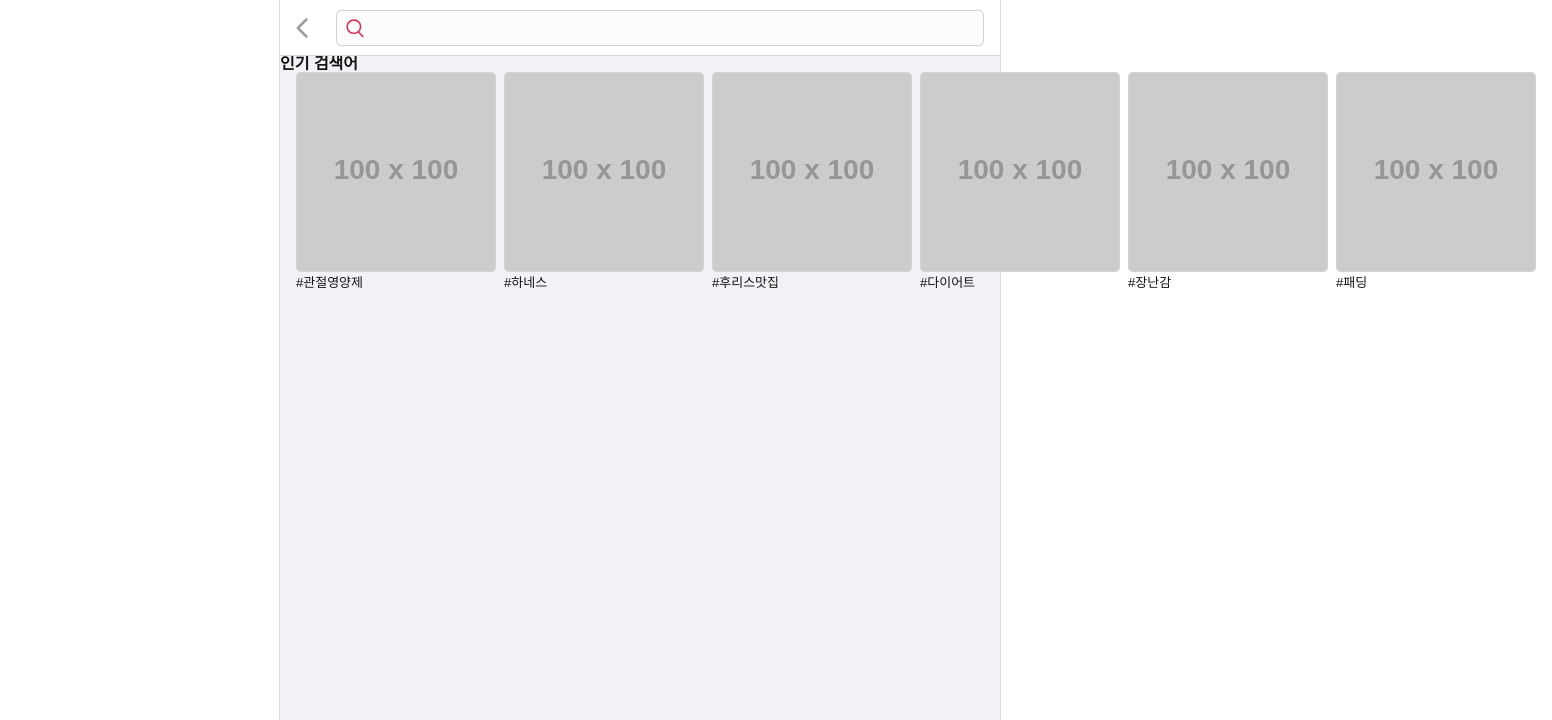
Repository: gosun1018/denguru
Page: search_review_item.html
An editor plug-in stored every save of this project. The page is shown before and after the next save, followed by the edit.
The browser window is 1280 px wide. The page is 1552 px wide, so the pictures cover 1552 px, including what lies to the right of the window. The pictures show the whole page.
Some web fonts or font styles are not loaded; a fallback is used. The style sheet was rebuilt from its Sass, Less or Tailwind sources for each picture, by a compiler version that may differ from the author's.

Above is the page before, as saved 2020-04-06 11:05:22.

### search_review_item.html
<!DOCTYPE html>
<html lang="ko">
<head>
    <meta charset="UTF-8">
    <meta name="viewport" content="width=device-width, initial-scale=1.0">
    <title>리뷰제품 선택</title>
    <link rel="stylesheet" href="https://unpkg.com/swiper/css/swiper.min.css">
    <link rel="stylesheet" href="css/main.css">
    <script src="https://unpkg.com/swiper/js/swiper.min.js"></script>
</head>
<body>
    <div class="wrap">
        <header class="header02">
            <h1 class="blind">리뷰제품 선택</h1>
            <a href="javascript:document.referrer? history.back() : location.href = 'home_review_write.html'" class="btn_goback"><img src="images/icon-goback.svg" alt="뒤로가기" class="icon"></a>
            <div class="h_search_box">
                <form action="">
                    <label for="inpSearch" class="lab_search"><img src="images/icon-search.svg" alt="검색" class="icon_search"></label>
                    <input type="search" name="inpSearch" class="inp_search" id="inpSearch">
                    <button type="button" class="btn_del btn_linkstyle blind" id="btnDel"><img src="images/icon-del.svg" alt="취소" class="icon"></button>
                </form>
            </div>
        </header>

        <div class="main">
            <div class="pd_header02"></div>
            <div class=" hash_list_container swiper-container">
                <h3 class="title02">인기 검색어</h3>
                <ul class="item_list04 swiper-wrapper">
                    <li class="item_box swiper-slide">
                        <a href="search_result.html">
                            <div class="item_thum"><img src="http://placehold.it/100x100" alt="#관절영양제" class="img"></div>
                            <div class="hash">#관절영양제</div>
                        </a>
                    </li>
                    <li class="item_box swiper-slide">
                        <a href="search_result.html">
                            <div class="item_thum"><img src="http://placehold.it/100x100" alt="#하네스" class="img"></div>
                            <div class="hash">#하네스</div>
                        </a>
                    </li>
                    <li class="item_box swiper-slide">
                        <a href="search_result.html">
                            <div class="item_thum"><img src="http://placehold.it/100x100" alt="#후리스맛집" class="img"></div>
                            <div class="hash">#후리스맛집</div>
                        </a>
                    </li>
                    <li class="item_box swiper-slide">
                        <a href="search_result.html">
                            <div class="item_thum"><img src="http://placehold.it/100x100" alt="#관절영양제" class="img"></div>
                            <div class="hash">#다이어트</div>
                        </a>
                    </li>
                    <li class="item_box swiper-slide">
                        <a href="search_result.html">
                            <div class="item_thum"><img src="http://placehold.it/100x100" alt="#하네스" class="img"></div>
                            <div class="hash">#장난감</div>
                        </a>
                    </li>
                    <li class="item_box swiper-slide">
                        <a href="search_result.html">
                            <div class="item_thum"><img src="http://placehold.it/100x100" alt="#후리스맛집" class="img"></div>
                            <div class="hash">#패딩</div>
                        </a>
                    </li>
                </ul>
            </div>
        </div>
    </div>

    <script>

         var swiper = new Swiper('.hash_list_container', {
            slidesPerView: 'auto',
            spaceBetween: 0,
        });

    </script>
</body>
</html>

### css/scss/main.scss
@charset "utf-8";

//utils
@import "utils/variables";
@import "utils/mixins";
@import "utils/animations";

// base
@import "base/reset";
@import "base/layout";
@import "base/typography";

//modules
@import "modules/swipercustom";
@import "modules/form";
@import "modules/button";
@import "modules/popup";
@import "modules/popover";
@import "modules/toast";
@import "modules/pagination";

//component
@import "component/header";
@import "component/navigation";
@import "component/itemlist";
@import "component/reviewlist";
@import "component/taglist";
@import "component/postlist";
@import "component/postcontent";

//pages
@import "pages/mainpg";
@import "pages/search";
@import "pages/resister-pet";
@import "pages/review";
@import "pages/home-item-info";
@import "pages/gostore";
@import "pages/store";
@import "pages/password-mail-complete";
@import "pages/my-main";
@import "pages/my-notification";
@import "pages/members";
@import "pages/withdrawal";
@import "pages/order-history";
@import "pages/mycomplain";
@import "pages/category-special";
@import "pages/pick";
@import "pages/personal-info";

### css/scss/utils/_mixins.scss
@mixin clearfix {
    &:after {
        content: '';
        display: block;
        clear: both;
    }
}

@mixin position-center($position) {
    position: $position;
    top: 50%;
    left: 50%;
    transform: translate(-50%, -50%);
}

@mixin one-line-ellipsis {
    white-space: nowrap;
    text-overflow: ellipsis;
    overflow: hidden;
}

@mixin multi-line-ellipsis ($line-height, $lines) {
    overflow: hidden;
    text-overflow: ellipsis;
    display: -webkit-box;
    -webkit-line-clamp: $lines;
    -webkit-box-orient: vertical;
    word-wrap: break-word;
    line-height: $line-height;
    height: $line-height * $lines * 1em;
}

@mixin circle ($box-size) {
    width: $box-size;
    height: $box-size;
    border-radius: $box-size / 2;
}

@mixin blind {
    position: absolute;
    overflow: hidden;
    clip: rect(0 0 0 0);
    margin: -1px;
    width: 1px;
    height: 1px;
}

@mixin layout-frame {
    width: 100%;
    max-width: 720px;
    min-width: 320px;
}

@mixin thumnail {
    position: relative;
    overflow: hidden;

    .img {
        position: absolute;
        top: 0;
        left: 0;
        width: 100%;
        height: 100%;
        object-fit: cover;
    }
}

@mixin thumnail-border($radius) {
    position: relative;

    &:after {
        content: '';
        position: absolute;
        top: 0;
        left: 0;
        width: 100%;
        height: 100%;
        box-sizing: border-box;
        border: 1px solid rgba($gray-2, 0.5);
        border-radius: $radius;
    }
}

@mixin btn-color-full($color) {
    background-color: $color;
    border: 1px solid $color;
}

### css/scss/utils/_animations.scss
@keyframes width-0-to-100 {
    from {
        width: 0;
    }

    to {
        width: 100%;
    }
}

### css/scss/base/_reset.scss
/* http://meyerweb.com/eric/tools/css/reset/
   v2.0 | 20110126
   License: none (public domain)
*/

html, body, div, span, applet, object, iframe, h1, h2, h3, h4, h5, h6, p, blockquote, pre, a, abbr, acronym, address, big, cite, code, del, dfn, em, img, ins, kbd, q, s, samp, small, strike, strong, sub, sup, tt, var, b, u, i, center, dl, dt, dd, ol, ul, li, fieldset, form, label, legend, table, caption, tbody, tfoot, thead, tr, th, td, article, aside, canvas, details, embed, figure, figcaption, footer, header, hgroup, menu, nav, output, ruby, section, summary, time, mark, audio, video {
    margin: 0;
    padding: 0;
    border: 0;
    font-size: 100%;
    font: inherit;
    vertical-align: baseline; }

  /* HTML5 display-role reset for older browsers */

  article, aside, details, figcaption, figure, footer, header, hgroup, menu, nav, section {
    display: block; }

  body {
    line-height: 1; }

  ol, ul {
    list-style: none; }

  blockquote, q {
    quotes: none; }

  blockquote {
    &:before, &:after {
      content: '';
      content: none; } }

  q {
    &:before, &:after {
      content: '';
      content: none; } }

  table {
    border-collapse: collapse;
    border-spacing: 0; }

  a {
    color: inherit;
    text-decoration: none;
  }
  :focus {
    outline-color: $main-color;
  }

### css/scss/modules/_swipercustom.scss
.swiper-pagination {

    .swiper-pagination-bullet {
        width: 8px;
        height: 8px;
    }
}
.swiper-container-horizontal>.swiper-pagination-bullets .swiper-pagination-bullet {
    margin: 0 $layout-small-padding;
}

.pagination_main {
    .swiper-pagination-bullet {
        background-color: #b8b3c3;
        opacity: 1;
    }
    .swiper-pagination-bullet-active {
        background-color: $main-color;
    }
}
.pagination_white {
    .swiper-pagination-bullet {
        background-color: #b8b3c3;
        opacity: 1;
    }
    .swiper-pagination-bullet-active {
        background-color: $gray-0;
    }
}
.swiper-pagination {font-size: 0;}

.items_wrap.swiper-container {
    padding: 0 $layout-base-padding 10px;
}

### css/scss/modules/_popover.scss
.popover_container {
    position: relative;
}
.popover {
    display: none;
    position: absolute;
    padding: 8px;
    border-radius: $base-border-radius;
    word-break: keep-all;
    font-size: $base-font-size;
    line-height: $base-line-height;
    box-shadow: 0 1px 4px rgba(0,0,0,0.15);

    &:before {
        content: '';
        position: absolute;
        display: block;
        width: 12px;
        height: 12px;
        // border: 5px solid transparent;
        background-repeat: no-repeat;
        background-size: contain;
        background-position: center bottom;
    }
    &.show {
        display: block;
    }
}
.popover_main {
    background-color: #ebe3ff;
    color: $base-font-color;
    border: 1px solid #cac2de;

    &.popover_right_top:before {
        background-image: url(/images/popover-triangle-main.png);
    }
}
.popover_right_top{
    top: calc(100% + 6px);
    right: -5px;

    &:before {
        top: -12px;
        right: 5px;
    }
}

### css/scss/modules/_toast.scss
.toast_box {
    position: fixed;
    bottom: $gnb-bottom-height;
    left: $layout-base-padding;
    right: $layout-base-padding;
    display: flex;
    justify-content: center;
    align-items: center;
    padding: $layout-small-padding;
    min-height: 48px;
    box-sizing: border-box;
    background-color: rgba(0,0,0,0.85);
    color: #fff;
    font-size: $base-font-size;
    line-height: $base-line-height;
    text-align: center;
    word-break: keep-all;
    border-radius: $large-border-radius;
    overflow: hidden;
    visibility: hidden;
    opacity: 0;
    transition: opacity .5s, visibility .5s, transform .5s;
    z-index: 900;

    &.show {
        opacity: 1;
        visibility: visible;
        transform: translate(0, $layout-small-padding*-1);
    }
}

### css/scss/modules/_pagination.scss
.pagination01 {
    display: flex;
    justify-content: center;

    .page {
        height: 24px;
        min-width: 24px;
        padding: 0 3px;
        box-sizing: border-box;
        border-radius: 12px;
        margin: 0 4px;
        text-align: center;
        font-size: $base-font-size;
        line-height: 24px;
        color: $light-font-color;

        &.active {
            background-color: $main-color;
            color: $gray-0;
            font-weight: 900;
        }
        &.disabled {
            opacity: .5;
        }
    }
    .page_link {
        display: block;
        width: 100%;
        height: 100%;

        .icon {
            padding-top: 3px;
            // height: 100%;
            object-fit: contain;
        }
    }
}

### css/scss/component/_taglist.scss
.tag_list01 {

    .tag_item {
        width: fit-content;
        float: left;

        .btn {
            margin: 0 4px;
        }
        &:first-child .btn {
            margin-left: $layout-base-padding;
        }
        &:last-child .btn {
            margin-right: $layout-base-padding;
        }

        &.active .btn {
            font-weight: bold;
            background-color: $secondary-color;
            border-color: $secondary-color;
        }
    }
}

### css/scss/component/_postlist.scss
.post_list_wrap {
    flex: 1;
    padding: $layout-small-padding 0 $layout-base-padding;
    background-color: $gray-0;

    .pagination01 {
        margin-top: $layout-base-padding * 2;
    }
}

.post_list01 {
    padding: 0 $layout-base-padding;

    .post_item {
        padding: $layout-base-padding 0;
        border-bottom: $light-border;
    }
    .post_date {
        margin-bottom: $layout-small-padding;
        font-size: $small-font-size;
        color: $light-font-color;
    }
    .post_title {
        font-size: $base-font-size;
        color: $bold-font-color;
        @include multi-line-ellipsis($base-line-height,2);
        height: auto;
        max-height: $base-line-height * 2em;

        .icon_new {
            height: 1em;
            vertical-align: middle;
        }
    }
}

### css/scss/pages/_gostore.scss
.h_load_bar_box {
    display: none;
    width: 100%;
    height: 4px;
    background-color: $bg-gray-color;
    overflow: hidden;

    &.show {
        display: block;
    }

    .h_load_bar {
        width: 0;
        height: 100%;
        background-color: $main-color;
        border-radius: 0 2px 2px 0;
        animation: ease-in-out 5s forwards width-0-to-100;
    }
}

.load_gostore_container {
    display: none;
    flex: 1;
    box-sizing: border-box;
    flex-direction: column;
    background-color: $gray-0;

    &.show {
        display: flex;
    }

    .load_img_container {
        display: flex;
        flex: 7;
        justify-content: center;
        align-items: center;
    }
    .load_img_box {
        width: 140px;
        margin: 0 auto 22px;
    }
    .load_txt_box {
        text-align: center;

        .txt01 {
            font-size: 20px;
            color: $base-font-color;
            font-weight: 900;
        }
        .txt02 {
            margin-top: $layout-small-padding;
            font-size: $large-font-size;
            color: $base-font-color;
        }
        .emph {
            color: $main-font-color;
        }
    }
    .load_notice_container {
        display: flex;
        justify-content: center;
        align-items: center;
        flex: 3;
        background-color: $gray-1;
        text-align: center;
        font-size: $small-font-size;
        line-height: $base-line-height;
        color: $light-font-color;
    }
}
.page_store {
    display: none;
    flex: 1;
    overflow-y: auto;
    overflow-x: hidden;

    &.show {
        display: block;
    }
}

### css/scss/pages/_password-mail-complete.scss
.mail_complete_container {
    height: 100vh;
    display: flex;
    flex-direction: column;
    justify-content: center;
    align-items: center;
    background-color: $gray-0;

    .img_motion_box {
        width: 140px;
        margin: 0 auto;

        .img {
            width: 100%;
        }
    }
    .mail_complete_txt01 {
        margin-top: $layout-large-padding;
        text-align: center;
        font-size: 20px;
        line-height: $narrow-line-height;
        font-weight: 900;

        .emph {
            color: #8054ea;
        }
    }
    .mail_complete_txt02 {
        margin-top: 12px;
        text-align: center;
        font-size: $base-font-size;
        line-height: $base-line-height;
        color: $base-font-color;
    }
    .btn_box {
        margin-top: 60px;
        justify-content: center;
    }
    .btn_mail_success {
        width: 90px;
        height: 40px;
        font-size: $large-font-size;
        line-height: 40px;
    }
}

### css/scss/pages/_my-notification.scss
.notification_list_container {
    background-color: $gray-0;

    .notification_box {
        position: relative;
        padding: $layout-large-padding $layout-base-padding;

        &:not(:first-child):before {
            content: '';
            display: block;
            position: absolute;
            top: 0;
            left: $layout-base-padding;
            right: $layout-base-padding;
            height: 1px;
            background-color: $gray-1;
        }
    }
    .notification_new {
        background-color: $bg-gray-color;
    }
    .notification_link {
        display: flex;
    }
    .icon_box {
        flex-shrink: 0;
        width: 24px;
        height: 24px;
        margin-right: $layout-base-padding;
    }
    .notification_content {
        flex: 1;
    }
    .notification_title {
        font-size: $base-font-size;
        color: $bold-font-color;
        line-height: $base-line-height;
    }
    .notification_date {
        margin-top: 4px;
        font-size: $small-font-size;
        color: $light-font-color;
    }
    .notification_img {
        margin-top: $layout-base-padding;
    }
}

### css/scss/pages/_withdrawal.scss
.withdrawal_title_container {
    padding: $layout-base-padding*2 $layout-base-padding;
    background-color: $gray-0;

    .img_box {
        height: 64px;

        .img {
            height: 100%;
            object-fit: contain;
        }
    }
    .withdrawal_title {
        margin-top: $layout-base-padding;
        font-size: $title-font-size;
        font-weight: bold;
        color: $bold-font-color;
    }
}
.withdrawal_info_container {
    padding: $layout-large-padding 0;

    .withdrawal_item_num {
        font-weight: bold;
        color: $main-font-color;
    }
    .title07 {
        margin: 0 $layout-base-padding;
    }
}
.withdrawal_item_box {
    margin-bottom: $layout-large-padding;

    .withdrawal_item_list_container {
        margin-top: $layout-small-padding;
    }
    .thumb_box {
        width: 56px;
        height: 56px;
        overflow: hidden;
        border-radius: $base-border-radius;
        @include thumnail;
    }
    .withdrawal_item_bnr {
        margin: $layout-base-padding $layout-base-padding 0;
    }
}
.withdrawal_notice_box {
    padding: 0 $layout-base-padding;

    .withdrawal_notice {
        margin-top: $layout-small-padding;
        font-size: $small-font-size;
        color: $base-font-color;
        line-height: $base-line-height;
    }
}
.withdrawal_btn_container {
    flex: 1;
    padding: $layout-large-padding $layout-base-padding;
    background-color: $gray-0;

    .btn_box {
        margin-top: $layout-large-padding;
    }
}

### css/scss/pages/_category-special.scss
.category_wrap {
    background-color: $gray-0;

    .title08 {
        padding: $layout-large-padding $layout-base-padding 0;
    }
}

.special_wrap {
    margin-top: $layout-small-padding;
    padding-bottom: $layout-large-padding;
    flex: 1;
    background-color: $gray-0;

    .title08 {
        padding: $layout-large-padding $layout-base-padding 0;
    }
    .store_list_hash {
        padding-bottom: 0;
    }
    .banner_list {
        padding: 0 $layout-base-padding;
    }
    .banner_box{
        border-radius: $base-border-radius;
        overflow: hidden;

        &:not(:last-child) {
            margin-bottom: $layout-base-padding;
        }
    }
}
.special_item_list_container {

    .title09 {
        padding: 0 $layout-base-padding;
        margin-bottom: $layout-base-padding;
    }
}
.event_post_content_wrap {
    padding-top: $layout-large-padding;
    background-color: $gray-0;

    .title06 {
        margin: 0 $layout-base-padding $layout-base-padding;
    }
}

### css/scss/pages/_pick.scss
.pick_title_box {
    display: flex;
    align-items: center;
    padding: $layout-large-padding $layout-base-padding;
    background-color: $gray-0;

    .pick_title_btn_box {
        font-size: 0;
    }
    .btn_pick {
        display: inline-block;
        width: 20px;
        height: 20px;
        margin-left: $layout-base-padding;
        font-size: 10px;

    }
}
.pick_items_wrap {
    flex: 1;
    background-color: $gray-0;

    .title07 {
        margin: 0 $layout-base-padding $layout-base-padding;
    }
    .emph_color_main {
        font-size: $mid-font-size;
        font-weight: bold;
    }
    .items_wrap {
        padding-bottom: $layout-large-padding;
    }
    .item_box {
        position: relative;
    }
    .store_box {
        .pick_num_item {
            flex-shrink: 0;
            min-width: 38px;
            margin-left: $layout-small-padding;
            font-size: $base-font-size;
            color: $main-font-color;
            text-align: right;
        }
        .icon {
            height: 20px;
            vertical-align: middle;
        }
    }
}
.pick_inp_check_box {
    position: absolute;
    top: 0;
    left: 0;
    width: 100%;
    height: 100%;
    border-radius: $base-border-radius;
    overflow: hidden;

    .lab_check {
        display: block;
        width: 100%;
        height: 100%;

        &:before {
            content: '';
            display: block;
            width: 20px;
            height: 20px;
            box-sizing: border-box;
            border: 1px solid #fff;
            border-radius: 10px;
            position: absolute;
            top: 4px;
            left: 4px;
            background-image: url(/images/icon-checkbox-circle.svg);
            background-repeat: no-repeat;
            background-size: contain;
        }
    }
    .inp_check:checked + .lab_check {
        background-color: rgba($main-color,0.2);

        &:before {
            background-image: url(/images/icon-checkbox-circle-checked.svg);
        }
    }
}

### css/scss/pages/_personal-info.scss
.recommand_password_container {
    flex: 1;
    display: flex;
    flex-direction: column;
    justify-content: center;
    // align-items: center;
    background-color: $gray-0;
    padding: 48px 0;
}
.recommand_password_title_box {
    margin-bottom: $layout-large-padding;
    font-size: $title-font-size;
    font-weight: bold;
    color: $bold-font-color;
    line-height: $narrow-line-height;
}
.recommand_password_img_box {
    margin: 0 auto $layout-base-padding;
    height: 96px;
    text-align: center;

    .img {
        height: 100%;
    }
}
.recommand_password_txt_box {
    padding: 0 $layout-base-padding;
    margin-bottom: $layout-large-padding;
    font-size: $base-font-size;
    color: $base-font-color;
    line-height: $base-line-height;
}
.change_password_form_container {
    padding: 0 $layout-base-padding*2;

    .btn {
        font-size: $base-font-size;
        height: 40px;
        line-height: 38px;
    }
    .inp_box04 {
        margin-bottom: $layout-base-padding;
    }
    .inp_txt::placeholder {
        font-size: 12px;
    }
    @media screen and (max-width: 359px) {
        padding: 0 $layout-base-padding;
    }
}

Loaded but not shown: css/scss/component/_reviewlist.scss (493 lines, source omitted); css/scss/modules/_form.scss (459 lines, source omitted); css/scss/pages/_search.scss (451 lines, source omitted); css/scss/component/_header.scss (459 lines, source omitted); css/scss/pages/_review.scss (399 lines, source omitted); css/scss/component/_itemlist.scss (324 lines, source omitted); css/scss/pages/_my-main.scss (264 lines, source omitted); css/scss/pages/_store.scss (238 lines, source omitted); css/scss/modules/_popup.scss (241 lines, source omitted); css/scss/pages/_home-item-info.scss (180 lines, source omitted); css/scss/pages/_order-history.scss (188 lines, source omitted); css/scss/component/_navigation.scss (177 lines, source omitted); css/scss/pages/_members.scss (167 lines, source omitted); css/scss/pages/_resister-pet.scss (162 lines, source omitted); css/scss/modules/_button.scss (181 lines, source omitted); css/scss/component/_postcontent.scss (143 lines, source omitted); css/scss/pages/_mycomplain.scss (126 lines, source omitted); css/scss/pages/_mainpg.scss (130 lines, source omitted); css/scss/base/_typography.scss (112 lines, source omitted); css/scss/base/_layout.scss (118 lines, source omitted); css/scss/utils/_variables.scss (81 lines, source omitted)

After the next save:
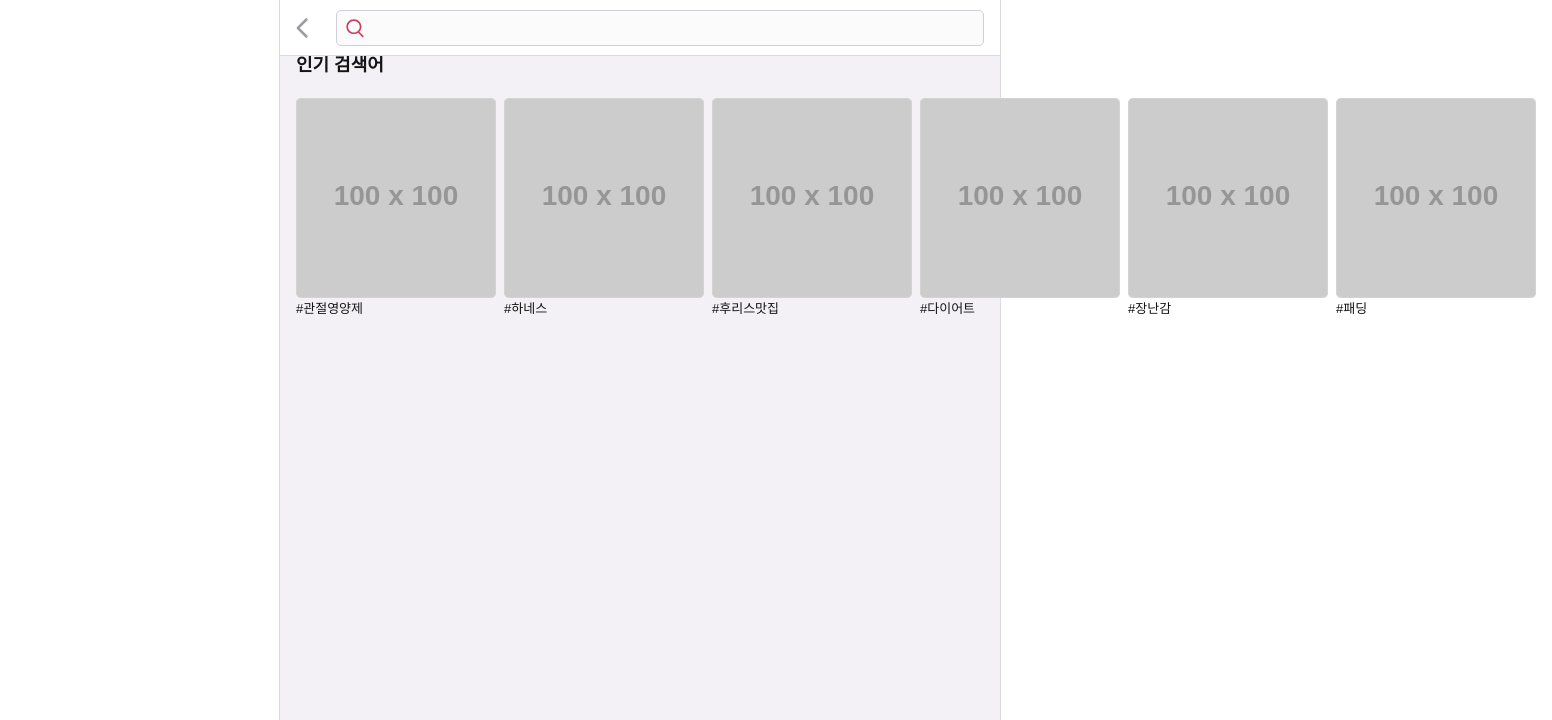
Saved 10 s later.
--- a/search_review_item.html
+++ b/search_review_item.html
@@ -25,7 +25,7 @@
         <div class="main">
             <div class="pd_header02"></div>
             <div class=" hash_list_container swiper-container">
-                <h3 class="title02">인기 검색어</h3>
+                <h3 class="title01">인기 검색어</h3>
                 <ul class="item_list04 swiper-wrapper">
                     <li class="item_box swiper-slide">
                         <a href="search_result.html">
